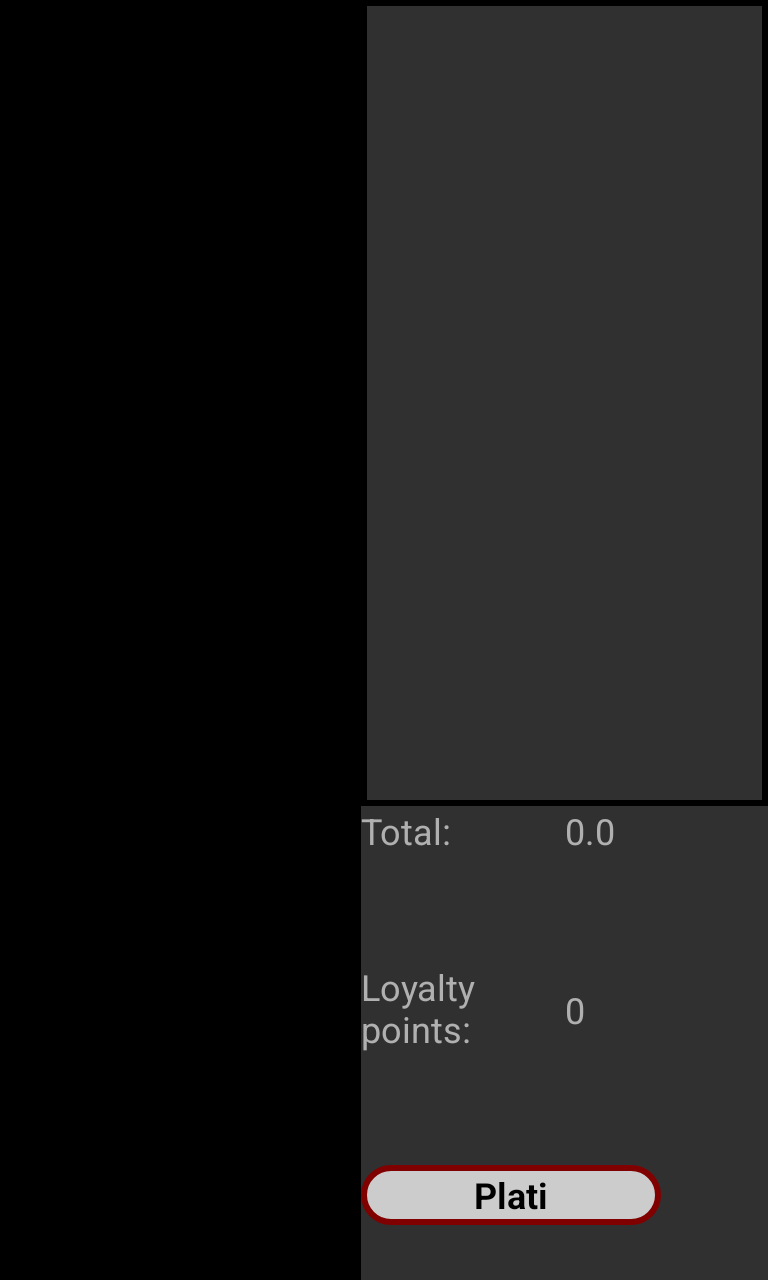
Repository: dzenisahusic/AndroidApp
Layout: Edit2014Sales/res/layout/fragment_kasa.xml
These files come from the project's save history. The layout is drawn as it stood at one moment and after the next save; the edit follows.
It is drawn on a 768 x 1280 px phone screen (xhdpi) without system bars, with theme AppTheme; the app's code is not run. Lists and similar views that code fills are empty.

Above is the layout before, as saved 2014-07-15 19:10:45.

After the next save:
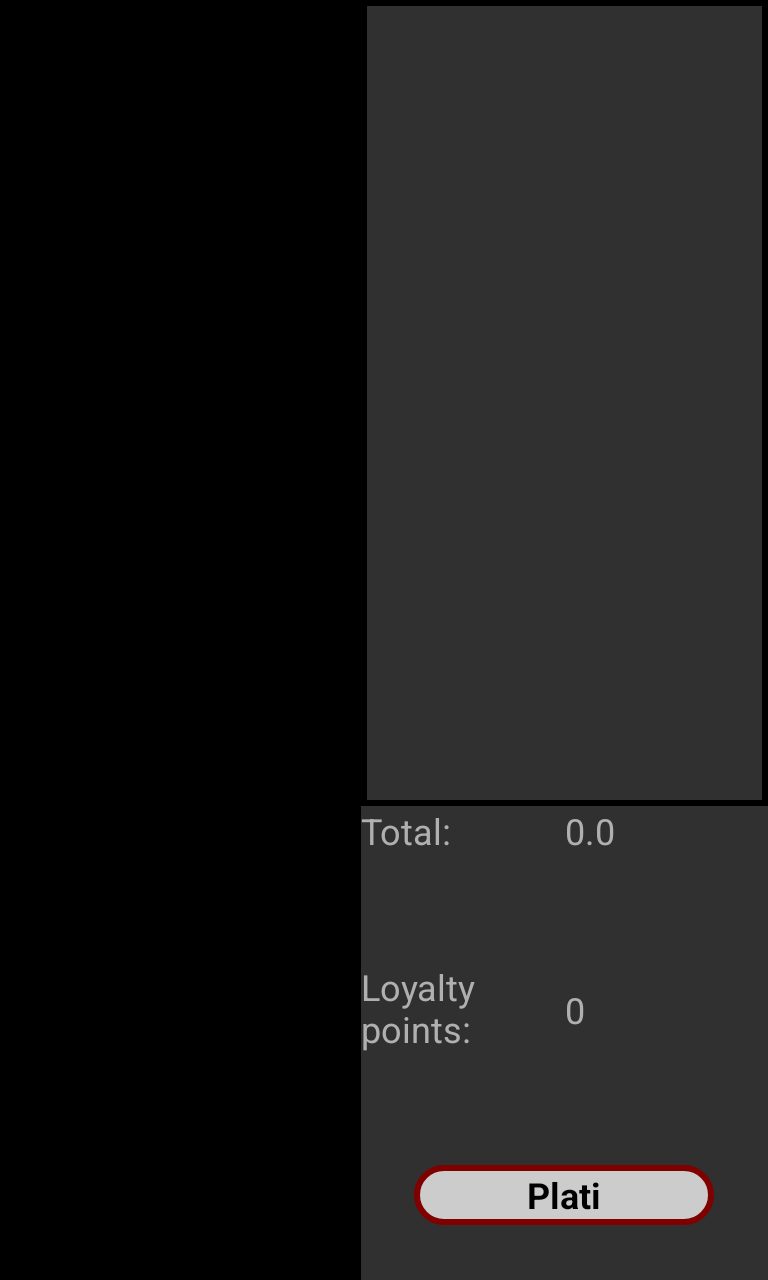
Saved 1 s later.
--- a/Edit2014Sales/res/layout/fragment_kasa.xml
+++ b/Edit2014Sales/res/layout/fragment_kasa.xml
@@ -171,17 +171,18 @@
                 </LinearLayout>
 
   <LinearLayout
-                             android:layout_width="match_parent"
-                             android:layout_height="wrap_content"
-                             android:layout_weight="0.25"
-                             android:orientation="horizontal" >
+      android:layout_width="match_parent"
+      android:layout_height="wrap_content"
+      android:layout_weight="0.25"
+      android:gravity="fill_vertical|center_horizontal|center"
+      android:orientation="horizontal" >
 
       <Button
           android:id="@+id/plati"
           android:layout_width="150dp"
           android:layout_height="30dp"
           android:background="@drawable/rounded_corner_top"
-          android:gravity="center"
+          android:gravity="center_vertical|center_horizontal|center"
           android:text="Plati"
           android:textStyle="bold" />
 
